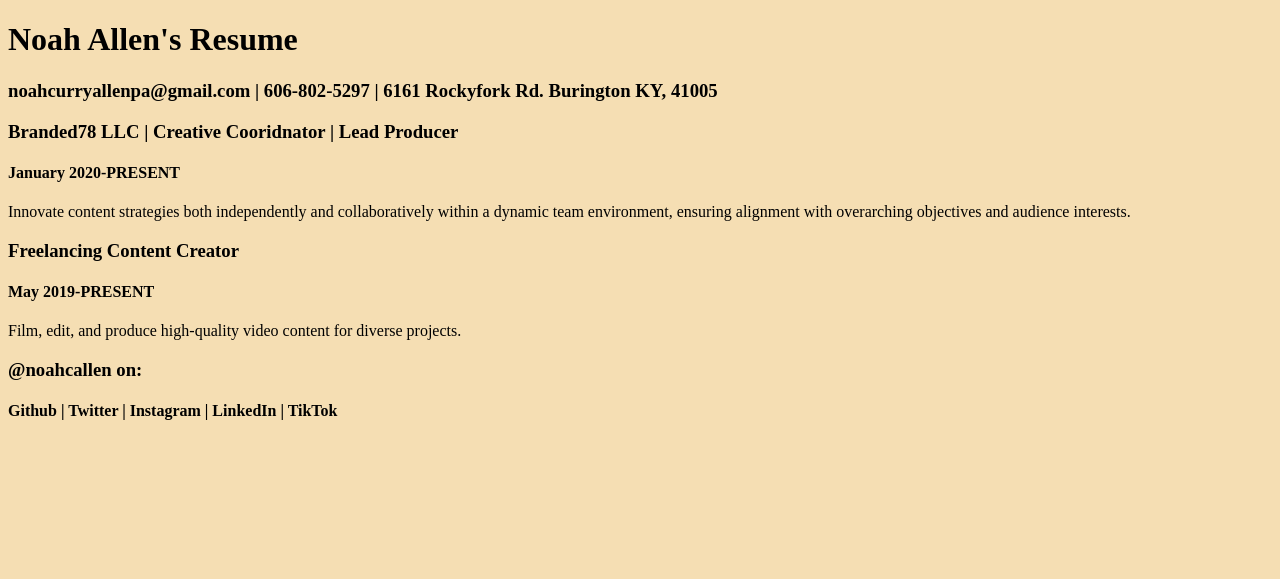
Repository: noahcallen/LAB-HTML-Resume
Page: index.html
An editor plug-in stored every save of this project. The page is shown before and after the next save, followed by the edit.
The browser window is 1280 px wide. The pictures show the whole page.

Above is the page before, as saved 2024-07-08 21:32:07.

### index.html
<!DOCTYPE html>
<html lang="en">
<head>
  <meta charset="UTF-8">
  <meta name="viewport" content="width=device-width, initial-scale=1.0">
  <title>Document</title>
  <link rel="stylesheet" href="main.css">
</head>
<body>
  <div class="HEADER"></div>
  <!--HEADER-->
  <h1>Noah Allen's Resume</h1>
  <h3> noahcurryallenpa@gmail.com | 606-802-5297 | 6161 Rockyfork Rd. Burington KY, 41005</h3>
<!--END HEADER-->
  </div>

  <article id="Job1">
    <h3>Branded78 LLC | Creative Cooridnator | Lead Producer</h3>
    <h4>January 2020-PRESENT</h4>
    <section>
      <p>Innovate content strategies both independently and collaboratively within a dynamic team environment, ensuring alignment with overarching objectives and audience interests.</p>
    </section>
  </article>

  <article id="Job2">
    <h3>Freelancing Content Creator</h3>
    <h4>May 2019-PRESENT</h4>
    <section>
      <p>Film, edit, and produce high-quality video content for diverse projects.</p>
    </section>
  </article>

  <article id="Job3">
    <h3></h3>
    <section>

    </section>
  </article>

  <div class="FOOTER">
    <!-- FOOTER-->
     <h3>@noahcallen on:</h3>
     <h4>Github | Twitter | Instagram | LinkedIn | TikTok</h4>
    <!-- FOOTER-->
  </div>



  <script src="main.js"></script>
</body>
</html>

### main.css
body {
  background-color: wheat;

}

Loaded but not shown: main.js (no stored copy; drawn as an empty file)

After the next save:
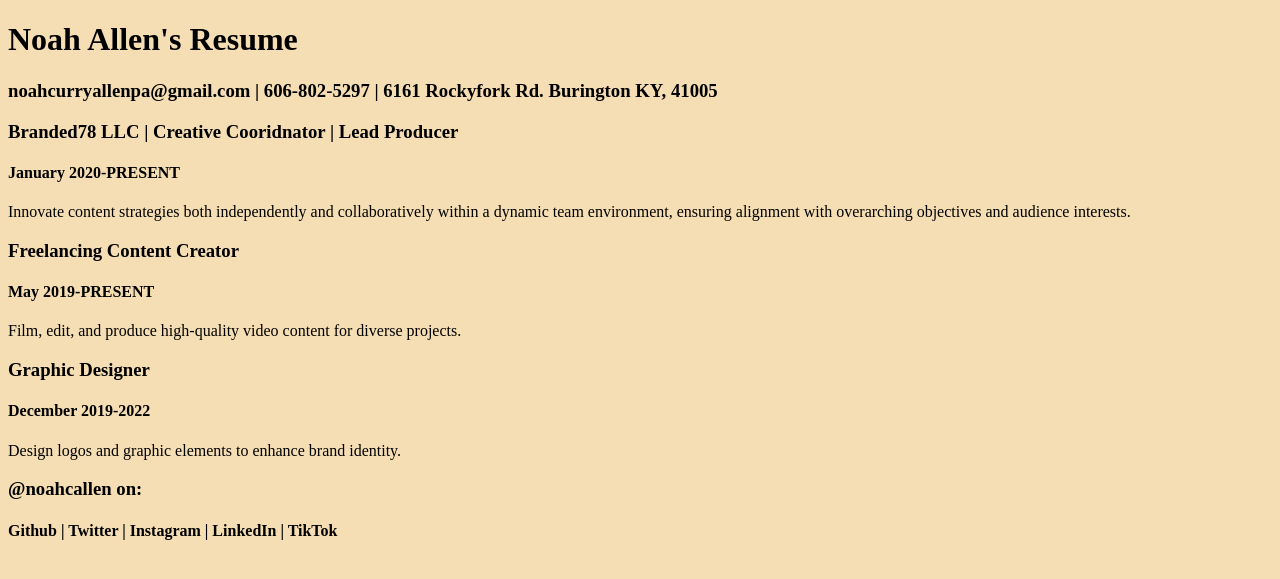
Saved 61 s later.
--- a/index.html
+++ b/index.html
@@ -31,9 +31,10 @@
   </article>
 
   <article id="Job3">
-    <h3></h3>
+    <h3>Graphic Designer</h3>
+    <h4>December 2019-2022</h4>
     <section>
-
+      <p>Design logos and graphic elements to enhance brand identity.</p>
     </section>
   </article>
 
